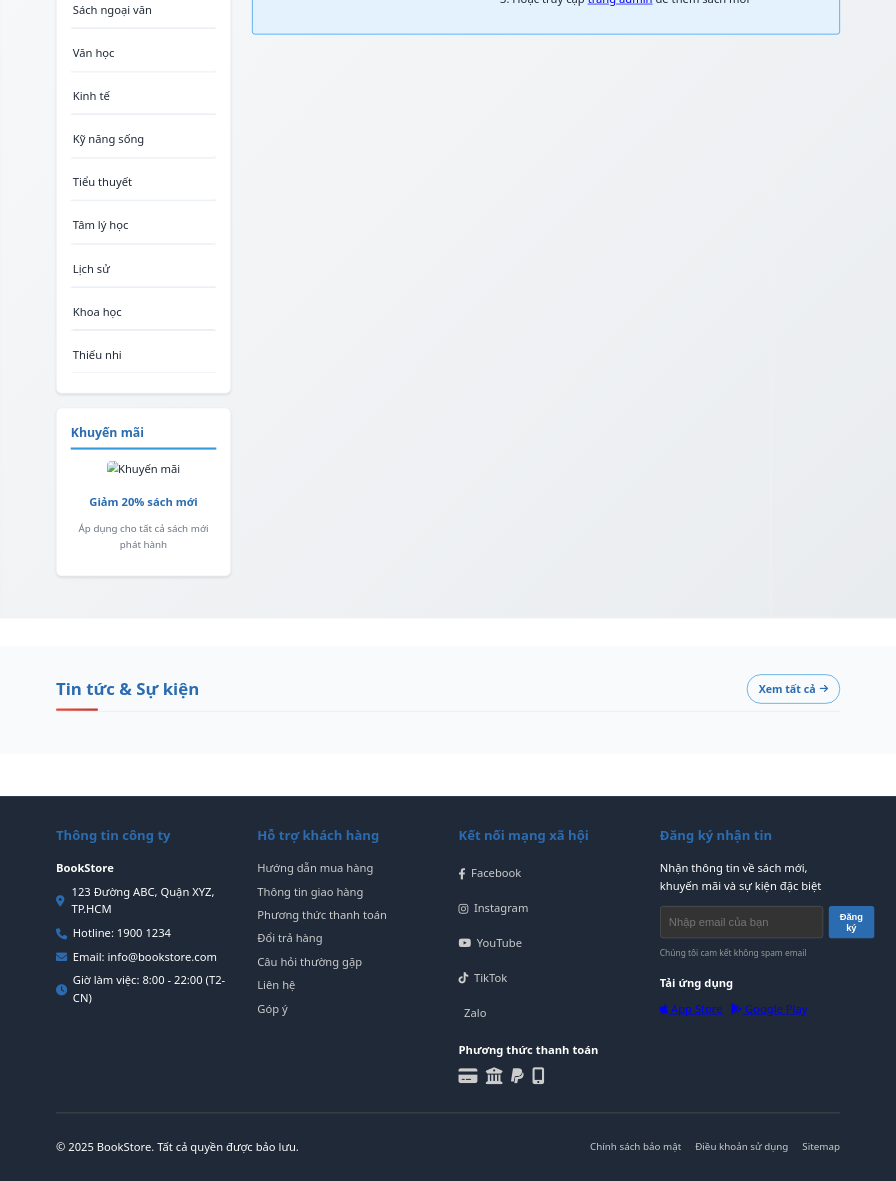
Repository: VoDTrongNghia/bai_tap_php
Page: http://localhost/bookstore/public/home
An editor plug-in stored every save of this project. The page is shown before and after the next save, followed by the edit.
The browser window is 1280 px wide. The pictures show the part of the page from y = 926 to 2846 px (the page is 2613 px tall before and 2846 px after), at 70% of full size.
The page is run by PHP 8.4 with error messages shown; the project is at /var/www/html/. Queries for data that is not in the repository find no rows.

Above is the page before, as saved 2025-12-03 11:57:40.
Console error: SyntaxError: Identifier 'scripts' has already been declared

### bookstore/public/index.php
<?php

declare(strict_types=1);

// Bật báo lỗi để debug
error_reporting(E_ALL);
ini_set('display_errors', '1');
ini_set('log_errors', '1');
ini_set('error_log', __DIR__ . '/../logs/error.log');

// Định nghĩa hằng số cho thư mục gốc
define('ROOT_DIR', dirname(__DIR__));

// Load config
require_once ROOT_DIR . '/config.php';

// Load autoloader
require_once ROOT_DIR . '/app/bootstrap.php';

use App\Controllers\HomeController;
use App\Router;

// Xử lý request
$request = $_SERVER['REQUEST_URI'];
$basePath = '/bookstore/public';

// Create router instance
$router = new Router();

// Route chính
if ($request === $basePath . '/' || $request === $basePath . '/home') {
    $controller = new HomeController();
    $controller->index();
    exit;
}

// Định nghĩa các routes
$router->get('/books', ['App\Controllers\BooksController', 'index']);
$router->get('/books/{id}', ['App\Controllers\BooksController', 'show']); // Ví dụ route có tham số

$router->get('/login', ['App\Controllers\AuthController', 'login']);
$router->post('/login', ['App\Controllers\AuthController', 'login']);
$router->get('/register', ['App\Controllers\AuthController', 'register']);
$router->post('/register', ['App\Controllers\AuthController', 'register']);
$router->get('/logout', ['App\Controllers\AuthController', 'logout']); // ✅ đã sửa

$router->get('/cart', ['App\Controllers\CartController', 'index']);
$router->post('/cart/add', ['App\Controllers\CartController', 'add']);
$router->post('/cart/update', ['App\Controllers\CartController', 'update']);
$router->post('/cart/delete', ['App\Controllers\CartController', 'delete']);
$router->get('/cart/delete', ['App\Controllers\CartController', 'delete']);
$router->get('/cart/count', ['App\Controllers\CartController', 'count']);
$router->post('/cart/voucher/apply', ['App\Controllers\CartController', 'applyVoucher']);
$router->post('/cart/voucher/remove', ['App\Controllers\CartController', 'removeVoucher']);

// Checkout routes
$router->get('/checkout', ['App\Controllers\CheckoutController', 'index']);
$router->post('/checkout/process', ['App\Controllers\CheckoutController', 'process']);
$router->get('/checkout/success', ['App\Controllers\CheckoutController', 'success']);

// Search routes
$router->get('/search', ['App\Controllers\SearchController', 'index']);

// Account routes
$router->get('/account', ['App\Controllers\AccountController', 'index']);
$router->post('/account/profile', ['App\Controllers\AccountController', 'updateProfile']);
$router->post('/account/address', ['App\Controllers\AccountController', 'updateAddress']);
$router->post('/account/password', ['App\Controllers\AccountController', 'changePassword']);

// Order routes
$router->get('/orders', ['App\Controllers\OrderController', 'history']);
$router->get('/orders/detail', ['App\Controllers\OrderController', 'detail']);

// News routes
$router->get('/news', ['App\Controllers\NewsController', 'index']);
$router->get('/news/detail/{id}', ['App\Controllers\NewsController', 'detail']);

// Office supplies routes
$router->get('/office', ['App\Controllers\OfficeController', 'index']);
$router->get('/office/category/{id}', ['App\Controllers\OfficeController', 'category']);
$router->get('/office/detail/{id}', ['App\Controllers\OfficeController', 'detail']);

// Gift routes
$router->get('/gifts', ['App\Controllers\GiftController', 'index']);
$router->get('/gifts/category/{id}', ['App\Controllers\GiftController', 'category']);
$router->get('/gifts/detail/{id}', ['App\Controllers\GiftController', 'detail']);

// Promotions routes
$router->get('/promotions', ['App\Controllers\PromotionsController', 'index']);
$router->get('/promotions/detail/{id}', ['App\Controllers\PromotionsController', 'detail']);

// =============================================
// ADMIN ROUTES
// =============================================

// Admin dashboard
$router->get('/admin', ['App\Controllers\AdminController', 'index']);
$router->get('/admin/dashboard', ['App\Controllers\AdminController', 'index']);

// Book management
$router->get('/admin/books', ['App\Controllers\AdminController', 'index']);
$router->get('/admin/books/create', ['App\Controllers\AdminController', 'create']);
$router->post('/admin/books/save', ['App\Controllers\AdminController', 'saveBook']);
$router->get('/admin/books/edit/(\d+)', ['App\Controllers\AdminController', 'edit']);
$router->post('/admin/books/update', ['App\Controllers\AdminController', 'update']);
$router->post('/admin/books/delete/(\d+)', ['App\Controllers\AdminController', 'delete']);

// Category management
$router->get('/admin/categories', ['App\Controllers\AdminController', 'categories']);
$router->get('/admin/categories/add', ['App\Controllers\AdminController', 'categoryForm']);
$router->post('/admin/categories/save', ['App\Controllers\AdminController', 'saveCategory']);
$router->get('/admin/categories/edit/(\d+)', ['App\Controllers\AdminController', 'categoryForm']);
$router->post('/admin/categories/delete/(\d+)', ['App\Controllers\AdminController', 'deleteCategory']);

// Voucher management
$router->get('/admin/vouchers', ['App\Controllers\AdminController', 'vouchers']);
$router->get('/admin/vouchers/add', ['App\Controllers\AdminController', 'voucherForm']);
$router->get('/admin/vouchers/edit/(\d+)', ['App\Controllers\AdminController', 'voucherForm']);
$router->post('/admin/vouchers/save', ['App\Controllers\AdminController', 'saveVoucher']);
$router->post('/admin/vouchers/delete/(\d+)', ['App\Controllers\AdminController', 'deleteVoucher']);
$router->get('/admin/vouchers/get/(\d+)', ['App\Controllers\AdminController', 'getVoucher']);

// Order management
$router->get('/admin/orders', ['App\Controllers\AdminController', 'orders']);
$router->get('/admin/orders/(\d+)', ['App\Controllers\AdminController', 'orderDetail']);
$router->post('/admin/orders/update/(\d+)', ['App\Controllers\AdminController', 'updateOrderStatus']);
$router->post('/admin/orders/cancel/(\d+)', ['App\Controllers\AdminController', 'cancelOrder']);
$router->post('/admin/orders/delete/(\d+)', ['App\Controllers\AdminController', 'deleteOrder']);
$router->post('/admin/orders/bulk-delete', ['App\Controllers\AdminController', 'bulkDeleteOrders']);

// User management
$router->get('/admin/users', ['App\Controllers\AdminController', 'users']);
$router->get('/admin/users/add', ['App\Controllers\AdminController', 'userForm']);
$router->post('/admin/users/save', ['App\Controllers\AdminController', 'saveUser']);
$router->get('/admin/users/edit/(\d+)', ['App\Controllers\AdminController', 'userForm']);
$router->post('/admin/users/delete/(\d+)', ['App\Controllers\AdminController', 'deleteUser']);

// Xử lý query string ?page= trước khi router
if (isset($_GET['page'])) {
    $page = $_GET['page'];
    switch ($page) {
        case 'books':
            $controller = new \App\Controllers\BooksController();
            $controller->index();
            exit;
        case 'login':
            $controller = new \App\Controllers\AuthController();
            $controller->login();
            exit;
        case 'register':
            $controller = new \App\Controllers\AuthController();
            $controller->register();
            exit;
        case 'cart':
            $controller = new \App\Controllers\CartController();
            $controller->index();
            exit;
        case 'checkout':
            $controller = new \App\Controllers\CheckoutController();
            $controller->index();
            exit;
        case 'checkout/success':
            $controller = new \App\Controllers\CheckoutController();
            $controller->success();
            exit;
        case 'search':
            $controller = new \App\Controllers\SearchController();
            $controller->index();
            exit;
        case 'account':
            $controller = new \App\Controllers\AccountController();
            $controller->index();
            exit;
        case 'orders':
            $controller = new \App\Controllers\OrderController();
            $controller->history();
            exit;
    }
}

// Dispatch router - try to handle the request
try {
    $router->dispatch($_SERVER['REQUEST_METHOD'], $_SERVER['REQUEST_URI']);
} catch (Exception $e) {
    // If no route matches, redirect to home
    header('Location: ' . $basePath . '/home');
    exit;
}

### bookstore/config.php
<?php
// Thông tin ứng dụng
define('APP_NAME', 'BookStore');
define('APP_DEBUG', true);
define('APP_ENV', 'development'); // development, testing, production

// Đường dẫn cơ sở
define('BASE_PATH', __DIR__ . DIRECTORY_SEPARATOR);
define('PUBLIC_PATH', BASE_PATH . 'public' . DIRECTORY_SEPARATOR);
define('APP_PATH', BASE_PATH . 'app' . DIRECTORY_SEPARATOR);
define('VIEWS_PATH', BASE_PATH . 'resources' . DIRECTORY_SEPARATOR . 'views' . DIRECTORY_SEPARATOR);
define('STORAGE_PATH', BASE_PATH . 'storage' . DIRECTORY_SEPARATOR);
define('CONFIG_PATH', APP_PATH . 'config' . DIRECTORY_SEPARATOR);

// URL cơ sở
$protocol = (isset($_SERVER['HTTPS']) && $_SERVER['HTTPS'] === 'on') ? 'https://' : 'http://';
$host = $_SERVER['HTTP_HOST'] ?? 'localhost';
$scriptName = dirname($_SERVER['SCRIPT_NAME']);

// Xử lý trường hợp chạy từ thư mục gốc hoặc public
if (strpos($scriptName, 'public') !== false) {
    $baseUrl = rtrim($protocol . $host . $scriptName, '/');
} else {
    $baseUrl = $protocol . $host . (($scriptName !== '/' && $scriptName !== '\\') ? $scriptName : '') . '/bookstore/public';
}

// Định nghĩa URL cơ sở
define('BASE_URL', rtrim($baseUrl, '/') . '/');
define('ASSETS_URL', BASE_URL . 'assets/');

// Cấu hình database
define('DB_HOST', 'localhost');
define('DB_NAME', 'ban_sach');
define('DB_USER', 'root');
define('DB_PASS', '');
define('DB_CHARSET', 'utf8mb4');

// Cấu hình session
define('SESSION_LIFETIME', 86400); // 24 hours
define('SESSION_NAME', 'bookstore_session');

// Cấu hình upload
define('UPLOAD_MAX_SIZE', 5 * 1024 * 1024); // 5MB
define('ALLOWED_EXTENSIONS', ['jpg', 'jpeg', 'png', 'gif', 'webp']);

// Tự động tạo thư mục storage nếu chưa tồn tại
$storageDirs = [
    'logs',
    'cache',
    'sessions',
    'uploads/books',
    'uploads/users'
];

foreach ($storageDirs as $dir) {
    $path = STORAGE_PATH . $dir;
    if (!is_dir($path)) {
        mkdir($path, 0755, true);
    }
}

// Thiết lập error reporting
if (APP_DEBUG) {
    error_reporting(E_ALL);
    ini_set('display_errors', '1');
} else {
    error_reporting(0);
    ini_set('display_errors', '0');
}

// Thiết lập múi giờ
date_default_timezone_set('Asia/Ho_Chi_Minh');

// Hàm helper
if (!function_exists('asset')) {
    function asset($path) {
        return rtrim(BASE_URL, '/') . '/' . ltrim($path, '/');
    }
}

if (!function_exists('url')) {
    function url($path = '') {
        return rtrim(BASE_URL, '/') . '/' . ltrim($path, '/');
    }
}

if (!function_exists('storage_path')) {
    function storage_path($path = '') {
        return STORAGE_PATH . ltrim($path, '/\\');
    }
}

// Khởi tạo session
if (session_status() === PHP_SESSION_NONE) {
    session_name(SESSION_NAME);
    session_set_cookie_params([
        'lifetime' => SESSION_LIFETIME,
        'path' => '/',
        'domain' => '',
        'secure' => isset($_SERVER['HTTPS']),
        'httponly' => true,
        'samesite' => 'Lax'
    ]);
    session_start();
}

### bookstore/app/bootstrap.php
<?php

declare(strict_types=1);

// Ensure ROOT_DIR is available when bootstrap is loaded directly from CLI scripts
if (!defined('ROOT_DIR')) {
    define('ROOT_DIR', dirname(__DIR__));
}

// Load global config if it exists (defines BASE_PATH, DB_* constants, etc.)
$configPath = ROOT_DIR . DIRECTORY_SEPARATOR . 'config.php';
if (is_readable($configPath)) {
    require_once $configPath;
}

// Set default timezone to avoid PHP warnings when working with dates
if (!ini_get('date.timezone')) {
    date_default_timezone_set('Asia/Ho_Chi_Minh');
}

// Start the session once for the entire request lifecycle
if (session_status() !== PHP_SESSION_ACTIVE) {
    session_start();
}

// Simple PSR-4 style autoloader for the `App` namespace
spl_autoload_register(static function (string $class): void {
    $prefix = 'App\\';

    if (strncmp($class, $prefix, strlen($prefix)) !== 0) {
        return; // Not part of our namespace
    }

    $relativeClass = substr($class, strlen($prefix));
    $relativePath = str_replace('\\', DIRECTORY_SEPARATOR, $relativeClass);
    $file = ROOT_DIR . DIRECTORY_SEPARATOR . 'app' . DIRECTORY_SEPARATOR . $relativePath . '.php';

    if (is_readable($file)) {
        require_once $file;
    }
});

### bookstore/app/Controllers/HomeController.php
<?php
declare(strict_types=1);

namespace App\Controllers;

use App\Helpers\View;
use App\Repositories\BookRepository;
// use App\Repositories\NewsRepository; // Nếu sau này bạn có NewsRepository

class HomeController
{
    private BookRepository $bookRepository;
    // private NewsRepository $newsRepository;

    public function __construct()
    {
        $this->bookRepository = new BookRepository();
        // $this->newsRepository = new NewsRepository();
    }

    public function index(): void
    {
        // Lấy dữ liệu từ repository
        $bestSellingBooks = $this->bookRepository->getBestSellingBooks();
        $newBooks = $this->bookRepository->getNewBooks();
        $discountBooks = $this->bookRepository->getDiscountBooks();
        // $news = $this->newsRepository->getLatestNews();

        // Gọi View hiển thị trang chủ
        View::render('pages/home', [
            'title' => 'Trang chủ',
            'bestSellingBooks' => $bestSellingBooks,
            'newBooks' => $newBooks,
            'discountBooks' => $discountBooks,
            // 'news' => $news,
        ]);
    }
}

### bookstore/app/Database.php
<?php

declare(strict_types=1);

namespace App;

use PDO;
use PDOException;

class Database
{
    private static ?PDO $connection = null;

    public static function getConnection(): PDO
    {
        if (self::$connection instanceof PDO) {
            return self::$connection;
        }

        $config = self::resolveConfig();

        $dsn = sprintf(
            'mysql:host=%s;dbname=%s;charset=%s',
            $config['host'],
            $config['name'],
            $config['charset']
        );

        try {
            self::$connection = new PDO($dsn, $config['user'], $config['pass'], [
                PDO::ATTR_ERRMODE => PDO::ERRMODE_EXCEPTION,
                PDO::ATTR_DEFAULT_FETCH_MODE => PDO::FETCH_ASSOC,
                PDO::ATTR_EMULATE_PREPARES => false,
            ]);
        } catch (PDOException $e) {
            error_log('Database connection failed: ' . $e->getMessage());
            throw $e;
        }

        return self::$connection;
    }

    public static function disconnect(): void
    {
        self::$connection = null;
    }

    /**
     * @return array{host:string,name:string,user:string,pass:string,charset:string}
     */
    private static function resolveConfig(): array
    {
        return [
            'host' => self::getValue('DB_HOST', 'localhost'),
            'name' => self::getValue('DB_NAME', 'ban_sach'),
            'user' => self::getValue('DB_USER', 'root'),
            'pass' => self::getValue('DB_PASS', ''),
            'charset' => self::getValue('DB_CHARSET', 'utf8mb4'),
        ];
    }

    private static function getValue(string $key, string $default): string
    {
        if (defined($key)) {
            return (string)constant($key);
        }

        $envValue = getenv($key);
        if ($envValue !== false && $envValue !== null) {
            return (string)$envValue;
        }

        return $default;
    }
}

### bookstore/app/Helpers/View.php
<?php
declare(strict_types=1);

namespace App\Helpers;

class View
{
    public static function render(string $template, array $data = [])
    {
        // Extract data to variables
        $data['baseUrl'] = BASE_URL;
        extract($data);

        // Start output buffering
        ob_start();

        // Build the full path to the view file
        $viewFile = VIEWS_PATH . str_replace('.', '/', $template) . '.php';

        if (!file_exists($viewFile)) {
            throw new \RuntimeException("View not found: " . $viewFile);
        }

        // Include the view file
        include $viewFile;

        // Get the buffered content
        $content = ob_get_clean();

        // Check if this is a full HTML page (has doctype declaration)
        if (strpos($content, '<!doctype html') !== false || strpos($content, '<!DOCTYPE html') !== false) {
            // This is a full HTML page, output as-is
            echo $content;
            return;
        }

        // Make baseUrl available to layout
        $baseUrl = BASE_URL;

        // Include the layout for partial views
        $layoutFile = VIEWS_PATH . 'layout/main.php';
        if (file_exists($layoutFile)) {
            include $layoutFile;
        } else {
            // If no layout, just output the content
            echo $content;
        }
    }

    // Helper function to include partials
    public static function partial(string $name, array $data = [])
    {
        extract($data);
        $file = VIEWS_PATH . 'partials/' . $name . '.php';
        if (file_exists($file)) {
            include $file;
        }
    }
}

### bookstore/public/api/logs.php
<?php
header('Content-Type: application/json');
header('Access-Control-Allow-Origin: *');
header('Access-Control-Allow-Methods: POST, GET, OPTIONS');
header('Access-Control-Allow-Headers: Content-Type');

if ($_SERVER['REQUEST_METHOD'] === 'OPTIONS') {
    exit(0);
}

if ($_SERVER['REQUEST_METHOD'] !== 'POST') {
    http_response_code(405);
    echo json_encode(['error' => 'Method not allowed']);
    exit;
}

// Get JSON input
$json = file_get_contents('php://input');
$data = json_decode($json, true);

if (!$data || !isset($data['logs'])) {
    http_response_code(400);
    echo json_encode(['error' => 'Invalid JSON data']);
    exit;
}

// Connect to database
$host = 'localhost';
$dbname = 'ban_sach';
$username = 'root';
$password = '';

try {
    $pdo = new PDO("mysql:host=$host;dbname=$dbname;charset=utf8mb4", $username, $password);
    $pdo->setAttribute(PDO::ATTR_ERRMODE, PDO::ERRMODE_EXCEPTION);

    // Insert logs
    $stmt = $pdo->prepare("
        INSERT INTO frontend_logs (session_id, event_type, element_info, timestamp, url, user_agent, additional_data)
        VALUES (?, ?, ?, ?, ?, ?, ?)
    ");

    $success = true;
    foreach ($data['logs'] as $log) {
        try {
            $stmt->execute([
                $log['sessionId'] ?? '',
                $log['eventType'] ?? '',
                json_encode($log['elementInfo'] ?? []),
                date('Y-m-d H:i:s', $log['timestamp'] / 1000),
                $log['url'] ?? '',
                $log['userAgent'] ?? '',
                json_encode($log['additionalData'] ?? [])
            ]);
        } catch (Exception $e) {
            $success = false;
            error_log("Failed to insert log: " . $e->getMessage());
        }
    }

    if ($success) {
        echo json_encode(['success' => true, 'message' => 'Logs saved successfully']);
    } else {
        echo json_encode(['success' => false, 'message' => 'Some logs failed to save']);
    }

} catch (PDOException $e) {
    http_response_code(500);
    echo json_encode(['error' => 'Database connection failed: ' . $e->getMessage()]);
}
?>

Loaded but not shown: bookstore/public/js/frontend-logger.js (378 lines, source omitted); bookstore/public/js/banner-slider.js (251 lines, source omitted); bookstore/public/css/styles.css (1417 lines, source omitted); bookstore/resources/views/pages/home.php (449 lines, source omitted); bookstore/public/css/home.css (785 lines, source omitted); bookstore/public/css/office.css (685 lines, source omitted); bookstore/resources/views/layout/footer.php (339 lines, source omitted); bookstore/public/css/news.css (632 lines, source omitted); bookstore/resources/views/layout/header.php (172 lines, source omitted); bookstore/public/css/gifts.css (395 lines, source omitted); bookstore/resources/views/layout/main.php (171 lines, source omitted); bookstore/app/Repositories/BookRepository.php (238 lines, source omitted); bookstore/app/Router.php (130 lines, source omitted)

After the next save:
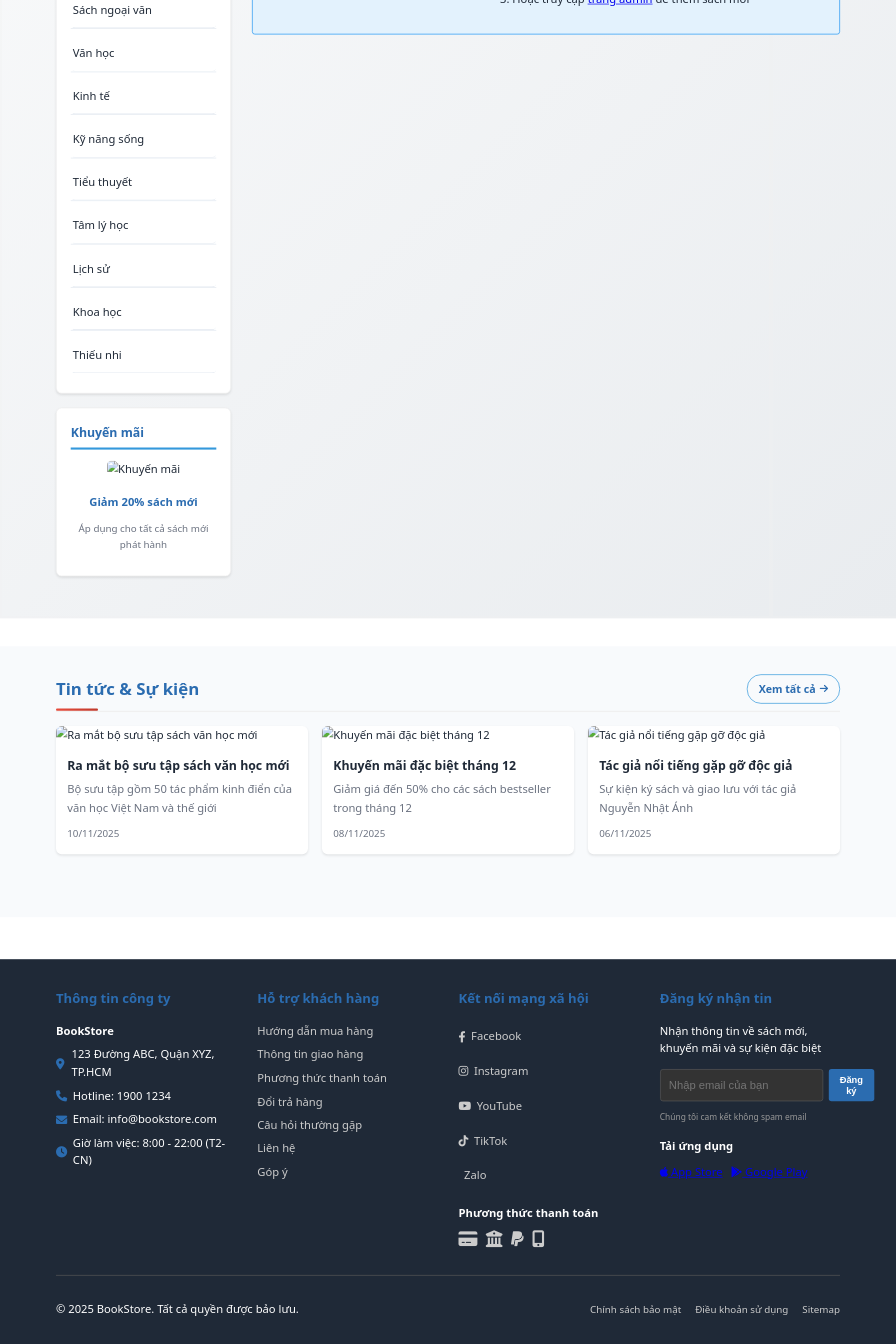
Saved 12 s later.
--- a/bookstore/app/Controllers/HomeController.php
+++ b/bookstore/app/Controllers/HomeController.php
@@ -24,7 +24,31 @@ class HomeController
         $bestSellingBooks = $this->bookRepository->getBestSellingBooks();
         $newBooks = $this->bookRepository->getNewBooks();
         $discountBooks = $this->bookRepository->getDiscountBooks();
-        // $news = $this->newsRepository->getLatestNews();
+
+        // Sample news data (temporary solution until NewsRepository is created)
+        $news = [
+            (object)[
+                'id' => 1,
+                'title' => 'Ra mắt bộ sưu tập sách văn học mới',
+                'excerpt' => 'Bộ sưu tập gồm 50 tác phẩm kinh điển của văn học Việt Nam và thế giới',
+                'image' => 'news1.jpg',
+                'createdAt' => date('Y-m-d', strtotime('-3 days'))
+            ],
+            (object)[
+                'id' => 2,
+                'title' => 'Khuyến mãi đặc biệt tháng 12',
+                'excerpt' => 'Giảm giá đến 50% cho các sách bestseller trong tháng 12',
+                'image' => 'news2.jpg',
+                'createdAt' => date('Y-m-d', strtotime('-5 days'))
+            ],
+            (object)[
+                'id' => 3,
+                'title' => 'Tác giả nổi tiếng gặp gỡ độc giả',
+                'excerpt' => 'Sự kiện ký sách và giao lưu với tác giả Nguyễn Nhật Ánh',
+                'image' => 'news3.jpg',
+                'createdAt' => date('Y-m-d', strtotime('-1 week'))
+            ]
+        ];
 
         // Gọi View hiển thị trang chủ
         View::render('pages/home', [
@@ -32,7 +56,7 @@ class HomeController
             'bestSellingBooks' => $bestSellingBooks,
             'newBooks' => $newBooks,
             'discountBooks' => $discountBooks,
-            // 'news' => $news,
+            'news' => $news,
         ]);
     }
 }
